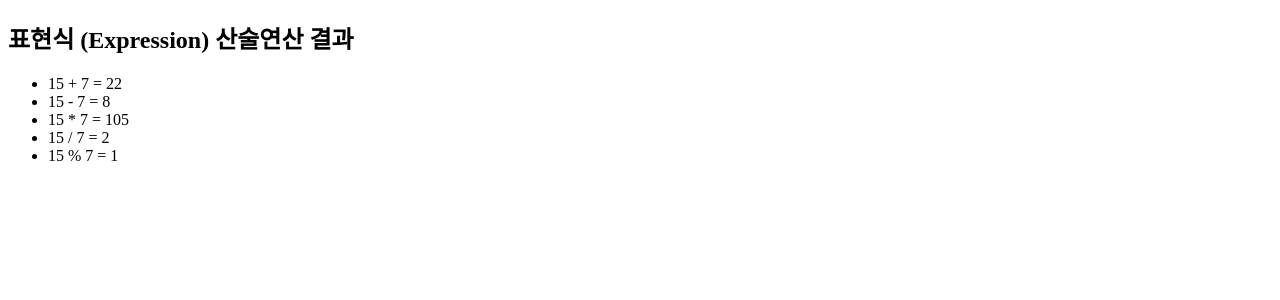
Repository: SeYoung1012/Bitcamp
Page: http://localhost/07_EL_JSTL/EL01_scope.jsp
These files come from the project's save history. The page is drawn as it stood at one moment and after the next save; the edit follows.
The browser window is 1280 px wide. The pictures show the whole page.
The page is served by Tomcat 9. Other server files are loaded and not shown.

Above is the page before, as saved 2021-09-29 06:24:48.

### 60_web/07_EL_JSTL/WebContent/EL01_scope.jsp
<%@ page language="java" contentType="text/html; charset=UTF-8"
    pageEncoding="UTF-8"%>
<!DOCTYPE html>
<html>
<head>
<meta charset="UTF-8">
<title> EL (Expression Language) </title>
</head>
<body>
	<%--EL (Expression Language) : 표현언어
	1. 표현식을 대신해서 사용 : ${ }
		<%=데이터 %> :::: ${데이터 } : 데이터 - 상수, 계산식, 메소드호출 결과.....

	2. 사용할 데이터가 반드시 scope 상에 존재해야한다.
		scope 객체 : pageContext, request, session, application
		해당 scope 상에 setAttribute 설정된 변수(속성) 값만 사용 가능
		(주의 : 로컬변수에 있는 데이터 사용 못함)

	3. 같은 이름이 다른 scope 상에 존재하는 경우 접근 우선 순위가 적용된다.
		pageContext -> request -> session -> application
		(단, scope 지정 없으면 page ---------->application 순으로 찾는다.
		명시적으로 scope를 지정하면 해당 scope에서만 찾는다.

 --%>

 	<h2> 표현식 (Expression) 산술연산 결과</h2>
	<ul>
		<li> 15 + 7 = <%=15 + 7 %></li>
		<li> 15 - 7 = <%=15 - 7 %></li>
		<li> 15 * 7 = <%=15 * 7 %></li>
		<li> 15 / 7 = <%=15 / 7 %></li>
		<li> 15 % 7 = <%=15 % 7 %></li>

	</ul>

</body>
</html>

After the next save:
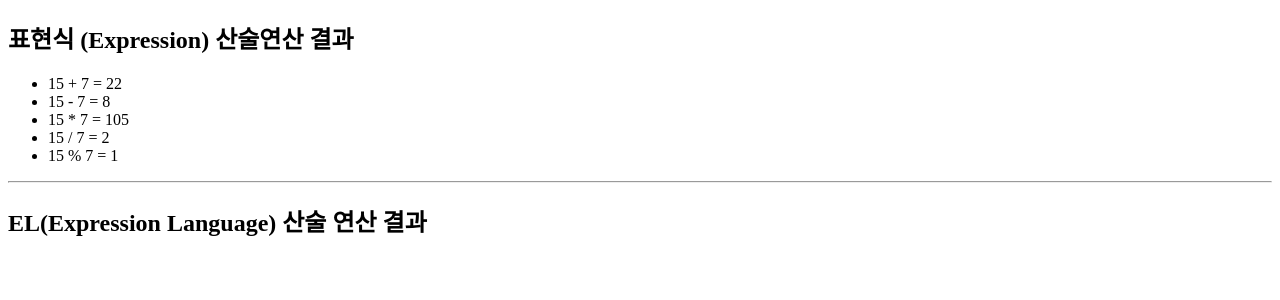
Saved 32 s later.
--- a/60_web/07_EL_JSTL/WebContent/EL01_scope.jsp
+++ b/60_web/07_EL_JSTL/WebContent/EL01_scope.jsp
@@ -32,6 +32,10 @@
 		<li> 15 % 7 = <%=15 % 7 %></li>
 
 	</ul>
+	<hr>
+
+	<h2> EL(Expression Language) 산술 연산 결과 </h2>
+
 
 </body>
 </html>
